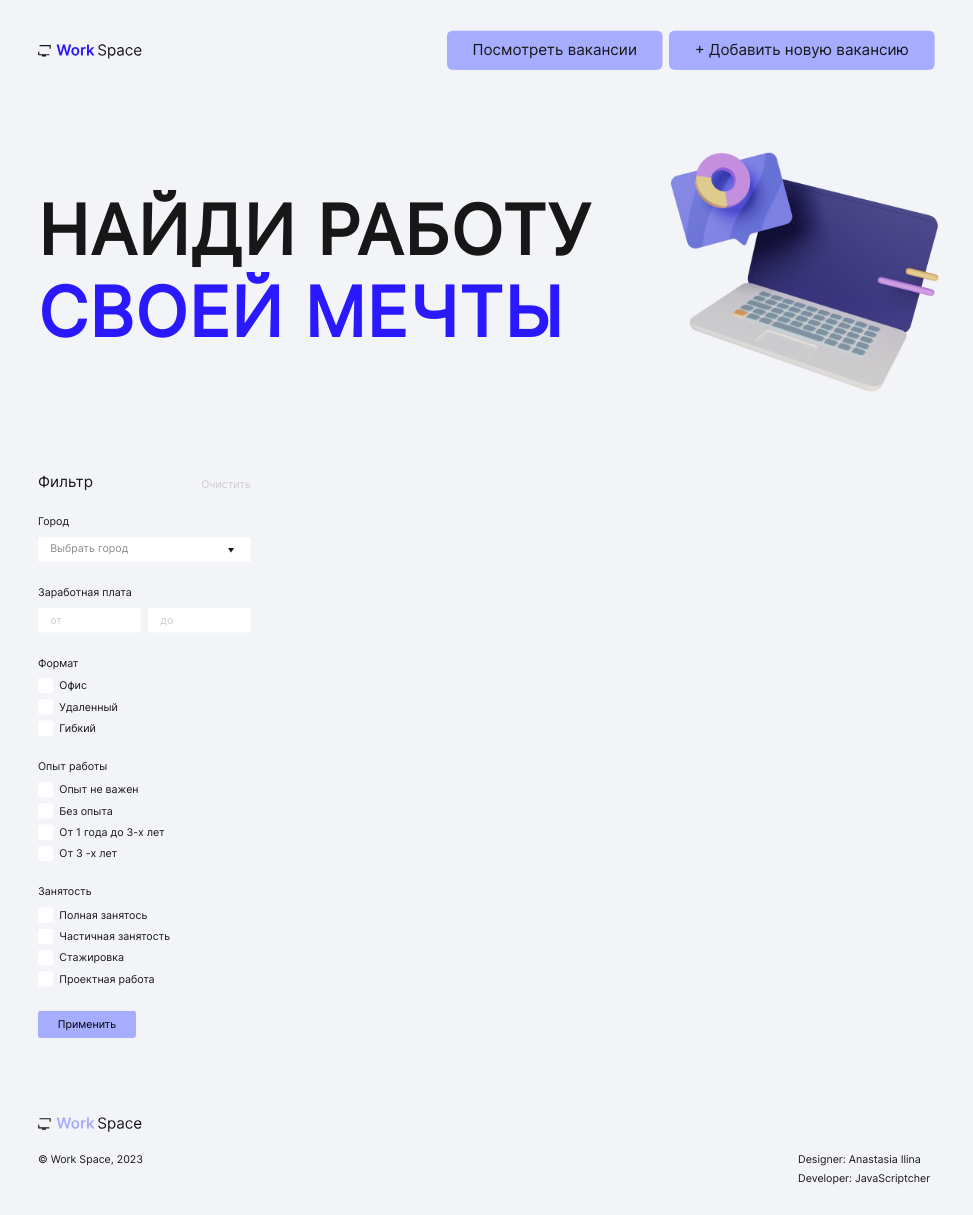
Repository: alexboagreek/workspace_js
Page: index.html
An editor plug-in stored every save of this project. The page is shown before and after the next save, followed by the edit.
The browser window is 1280 px wide. The pictures show the whole page, at 76% of full size.
The page's requests for data from a server got no answer.

Above is the page before, as saved 2023-09-13 07:44:47.

### index.html
<!DOCTYPE html>
<html lang="ru">

<head>
  <meta charset="UTF-8">
  <meta name="viewport" content="width=device-width, initial-scale=1.0">
  <title>Workspace</title>

  <link rel="stylesheet" href="index.css">

  <script src="js/choices.min.js" defer></script>
  <script src="js/script.js" defer></script>
</head>

<body>
  <header class="header">
    <div class="container header__container">
      <img class="header__logo" src="img/logo.svg" alt="Логитип WorkSpace">

      <div class="header__links">
        <a class="header__link" href="#vacancies">Посмотреть вакансии</a>
        <a class="header__link header__link_o" href="employer.html">+ Добавить новую вакансию</a>
      </div>
    </div>
  </header>

  <main>
    <section class="hero">
      <div class="container hero__container">
        <h1 class="hero__title">Найди работу
          <span class="blue-text">своей мечты</span>
        </h1>
      </div>
    </section>

    <div class="vacancies" id="vacancies">
      <div class="container vacancies__container">
        <button class="vacancies__filter-btn ">
          <span>Фильтр</span>
          <svg class="vacancies__filter-btn-arrow" width="20" height="20"
            viewBox="0 0 20 20" fill="none" xmlns="http://www.w3.org/2000/svg">
            <path d="M10 15L14 9H6L10 15Z" fill="currentColor" />
          </svg>
        </button>

        <section class="vacancies__filter filter">
          <h2 class="filter__title">Фильтр</h2>

          <form class="filter__form">
            <fieldset class="filter__fieldset">
              <legend class="filter__legend">Город</legend>

              <select class="filter__select" name="city" id="city">
                <option value="">Выбрать город</option>
              </select>
            </fieldset>

            <fieldset class="filter__fieldset">
              <legend class="filter__legend">Заработная плата</legend>

              <div class="filter__range">
                <input class="filter__input" type="number" name="pay-from"
                  placeholder="от">

                <input class="filter__input" type="number" name="pay-to"
                  placeholder="до">
              </div>
            </fieldset>

            <div class="filter__checkboxes">
              <fieldset class="filter__fieldset">
                <legend class="filter__legend">Формат</legend>

                <label class="filter__label checkbox">
                  <input class="checkbox__input" type="checkbox" name="format"
                    value="Офис">Офис
                </label>

                <label class="filter__label checkbox">
                  <input class="checkbox__input" type="checkbox" name="format"
                    value="Удаленный">Удаленный
                </label>

                <label class="filter__label checkbox">
                  <input class="checkbox__input" type="checkbox" name="format"
                    value="Гибкий">Гибкий
                </label>
              </fieldset>

              <fieldset class="filter__fieldset">
                <legend class="filter__legend">Опыт работы</legend>

                <label class="filter__label checkbox">
                  <input class="checkbox__input" type="checkbox"
                    name="experience" value="Опыт не важен">Опыт не важен
                </label>

                <label class="filter__label checkbox">
                  <input class="checkbox__input" type="checkbox"
                    name="experience" value="Без опыта">Без опыта
                </label>

                <label class="filter__label checkbox">
                  <input class="checkbox__input" type="checkbox"
                    name="experience" value="От 1 года до 3-х лет">От 1 года до
                  3-х лет
                </label>

                <label class="filter__label checkbox">
                  <input class="checkbox__input" type="checkbox"
                    name="experience" value="От 3-х лет">От 3 -х лет
                </label>
              </fieldset>

              <fieldset class="filter__fieldset">
                <legend class="filter__legend">Занятость</legend>

                <label class="filter__label checkbox">
                  <input class="checkbox__input" type="checkbox" name="type"
                    value="Полная занятость">Полная занятось
                </label>

                <label class="filter__label checkbox">
                  <input class="checkbox__input" type="checkbox" name="type"
                    value="Частичная занятость">Частичная занятость
                </label>

                <label class="filter__label checkbox">
                  <input class="checkbox__input" type="checkbox" name="type"
                    value="Стажировка">Стажировка
                </label>

                <label class="filter__label checkbox">
                  <input class="checkbox__input" type="checkbox" name="type"
                    value="Проектная работа">Проектная работа
                </label>
              </fieldset>
            </div>

            <div class="filter__buttons">
              <button class="filter__button" type="submit">Применить</button>

              <button class="filter__reset" type="reset">Очистить</button>
            </div>
          </form>
        </section>

        <section class="vacancies__cards cards">
          <h2 class="cards__title visually-hidden">Список вакансий</h2>

          <ul class="cards__list"></ul>
        </section>
      </div>
    </div>
  </main>

  <footer class="footer">
    <div class="container footer__container">
      <img class="footer__logo" src="img/logo-footer.svg"
        alt="Логотип WorkSpace">

      <p class="footer__copyright">© Work Space, 2023</p>

      <ul class="footer__contacts">
        <li class="footer__contact">Designer:
          <a class="footer__link" href="#">Anastasia Ilina</a>
        </li>
        <li class="footer__contact">Developer:
          <a class="footer__link" href="#">JavaScriptcher</a>
        </li>
      </ul>
    </div>
  </footer>


</body>

</html>

### index.css
@import "style/normalize.css";
@import "style/choices.min.css";
@import "style/style.css";
@import "style/header.css";
@import "style/hero.css";
@import "style/vacancies.css";
@import "style/filter.css";
@import "style/choices.css";
@import "style/checkbox.css";
@import "style/cards.css";
@import "style/vacancy.css";
@import "style/footer.css";
@import "style/modal.css";
@import "style/detail.css";

### style/style.css
@font-face {
  font-family: Inter;
  font-weight: 400;
  src: url("../fonts/inter-regular.woff2") format("woff2"),
    url("../fonts/inter-regular.woff") format("woff");
}

html {
  scroll-behavior: smooth;
  position: relative;
  box-sizing: border-box;
}

*,
*:before,
*:after {
  box-sizing: inherit;
}

body {
  min-width: 320px;
  min-height: 100vh;
  font-family: Inter, sans-serif;
  font-size: 14px;
  color: #171717;
  background-color: #f3f4f8;
  line-height: 1.2;
}

img,
svg {
  max-width: 100%;
  max-height: 100%;
  height: auto;
}

button {
  padding: 0;
  border: 0;
  cursor: pointer;
  background-color: transparent;
}

a {
  text-decoration: none;
  color: inherit;
}

ul {
  padding: 0;
  margin: 0;
  list-style: none;
}

h1,
h2,
h3,
p {
  margin: 0;
}

fieldset {
  padding: 0;
  margin: 0;
  border: 0;
}

.visually-hidden {
  position: fixed;
  transform: scale(0);
}

.container {
  --width: 1180px;
  --padding: 30px;
  max-width: calc(var(--width) + var(--padding) * 2);
  margin: 0 auto;
  padding: 0 var(--padding);
}

.blue-text {
  color: #2a18ff;
}

@media (max-width: 1140px) {
  .container {
    --width: 880px;
  }
}

@media (max-width: 940px) {
  .container {
    --width: 680px;
  }
}

@media (max-width: 640px) {
  .container {
    --padding: 15px;
  }
}

### style/header.css
.header {
  padding: 40px 0;
}

.header__container {
  display: flex;
  align-items: center;
  justify-content: space-between;
}

.header__links {
  display: flex;
  gap: 8px;
  flex-wrap: wrap;
}

.header__link {
  padding: 12px 32px;
  border-radius: 8px;
  background-color: #a6adff;
  font-size: 20px;
  border: 2px solid transparent;
  transition-property: color, background-color;
  transition-duration: 0.2s;
  transition-timing-function: ease-in-out;
}

.header__link:focus-visible {
  border-color: #4f58be;
}

.header__link:hover {
  color: #fff;
  background-color: #2a18ff;
}

@media (max-width: 1140px) {
  .header {
    padding: 32px 0 40px;
  }
}

@media (max-width: 940px) {
  .header {
    padding: 24px 0 30px;
  }

  .header__link {
    padding: 8px 23px;
    font-size: 14px;
  }
}

@media (max-width: 640px) {
  .header {
    padding: 24px 0 20px;
  }

  .header__link {
    display: none;
  }
}

### style/hero.css
.hero {
  padding: 60px 0 50px;
}

.hero__container {
  position: relative;
  padding-top: 57px;
  padding-bottom: 57px;
}

.hero__container:after {
  content: "";
  position: absolute;
  right: -9px;
  top: 0;
  bottom: 0;
  width: 421px;
  background: url("../img/laptop.png") no-repeat center/contain;
}

.hero__title {
  position: relative;
  z-index: 2;
  max-width: 780px;
  font-size: 90px;
  letter-spacing: 1.8px;
  text-transform: uppercase;
}

@media (max-width: 1140px) {
  .hero {
    padding: 40px 0;
  }

  .hero__container {
    padding-top: 53px;
    padding-bottom: 53px;
  }

  .hero__container:after {
    width: 340px;
  }

  .hero__title {
    max-width: 580px;
    font-size: 64px;
    letter-spacing: 1.28px;
  }
}

@media (max-width: 940px) {
  .hero {
    padding: 30px 0;
  }

  .hero__container {
    padding-top: 40px;
    padding-bottom: 40px;
  }

  .hero__container:after {
    width: 269px;
  }

  .hero__title {
    max-width: 450px;
    font-size: 52px;
    letter-spacing: 1.04px;
  }
}

@media (max-width: 640px) {
  .hero {
    padding-top: 20px;
    padding-bottom: 10px;
  }

  .hero__container {
    padding-top: 0;
    padding-bottom: 234px;
  }

  .hero__title {
    max-width: 290px;
    text-align: center;
    margin: 0 auto;
    font-size: 32px;
  }

  .hero__container:after {
    right: auto;
    top: auto;
    height: 269px;
    left: 50%;
    transform: translateX(-50%);
    background-position: bottom;
  }
}

### style/vacancies.css
.vacancies {
  padding: 50px 0;
}

.vacancies__container {
  display: flex;
  align-items: start;
  gap: 24px 20px;
}

.vacancies__filter-btn {
  display: none;
}

.vacancies__filter {
  flex: 0 0 280px;
}

.vacancies__cards {
  flex-basis: 100%;
}

@media (max-width: 1140px) {
  .vacancies {
    padding: 40px 0;
  }
}

@media (max-width: 940px) {
  .vacancies {
    padding: 30px 0;
  }

  .vacancies__container {
    flex-direction: column;
    row-gap: 0;
  }

  .vacancies__filter-btn {
    display: flex;
    align-items: center;
    margin-bottom: 24px;
    transition-property: margin-bottom, color;
    transition-duration: 0.2s, 0.3s;
    transition-timing-function: ease-in-out;
    transition-delay: 0.2s, 0s;
    color: #2a18ff;
    line-height: 20px;
  }

  .vacancies__filter-btn:hover:not(:focus) {
    color: #a6adff;
  }

  .vacancies__filter-btn-arrow {
    position: relative;
    top: -2px;
    display: block;
    width: 20px;
    height: 20px;
  }

  .vacancies__filter-btn_active {
    margin-bottom: 32px;
    transition-delay: 0s;
  }

  .vacancies__filter-btn_active .vacancies__filter-btn-arrow {
    transform: rotate(180deg);
    top: 2px;
  }

  .vacancies__filter {
    width: 100%;
    flex-basis: auto;
    height: 0;
    overflow: hidden;
    transition: height 0.4s ease-in-out;
  }

  .vacancies__filter_active {
    height: auto;
    margin-bottom: 40px;
  }

  .vacancies__cards {
    width: 100%;
  }
}

@media (max-width: 640px) {
  .vacancies__filter-btn_active {
    margin-bottom: 24px;
  }
}

### style/filter.css
.filter {
  position: relative;
}

.filter__reset {
  position: absolute;
  top: 7px;
  right: 0;
  color: #ccc;
}

.filter__title {
  font-size: 20px;
  font-weight: 400;
  margin-bottom: 32px;
}

.filter__form {
  display: flex;
  flex-direction: column;
  gap: 32px;
}

.filter__fieldset {
  display: flex;
  flex-direction: column;
  align-items: start;
}

.filter__legend {
  margin-bottom: 12px;
}

.filter__select {
  width: 100%;
}

.filter__range {
  display: flex;
  align-items: center;
  justify-content: space-between;
  gap: 10px;
}

.filter__label:not(:last-child) {
  margin-bottom: 8px;
}

.filter__input {
  flex: 1 1 50%;
  width: 100%;
  padding: 0 16px;
  height: 32px;
  border: 0;
}

.filter__input::placeholder {
  color: #ccc;
}

.filter__checkboxes {
  display: flex;
  flex-direction: column;
  gap: 32px;
}

.filter__button {
  padding: 8px 24px;
  border-radius: 4px;
  background-color: #a6adff;
  border: 2px solid transparent;
  transition-property: color, background-color;
  transition-duration: 0.2s;
  transition-timing-function: ease-in-out;
}

.filter__button:focus-visible {
  border-color: #4f58be;
}

.filter__button:hover {
  color: #fff;
  background-color: #2a18ff;
}

@media (max-width: 940px) {
  .filter__title {
    position: fixed;
    transform: scale(0);
  }

  .filter__input {
    max-width: 140px;
  }

  .filter__checkboxes {
    display: grid;
    grid-template-columns: repeat(auto-fit, minmax(180px, 1fr));
    gap: 24px 70px;
  }

  .filter__buttons {
    display: flex;
    gap: 16px;
    align-items: center;
  }

  .filter__reset {
    position: static;
  }
}

### style/choices.css
.choices {
  width: 100%;
}

.choices__inner {
  background-color: #fff;
  padding: 6px 16px;
  min-height: 32px;
  border: 0;
}

.choices__list--single {
  padding: 0;
}

.choices[data-type*="select-one"]::after {
  width: 20px;
  height: 20px;
  background: url("../img/arrow.svg") no-repeat center/contain;
  border: 0;
  top: 6px;
  right: 16px;
  margin-top: 0;
}

.choices[data-type*="select-one"].is-open::after {
  transform: rotate(180deg);
  margin-top: 0;
}

### style/checkbox.css
.checkbox {
  position: relative;
  display: block;
  line-height: 20px;
  padding-left: 28px;
}

.checkbox__input {
  -webkit-appearance: none;
  -moz-appearance: none;
  appearance: none;
  position: absolute;
  width: 20px;
  height: 20px;
  left: 0;
  top: 0;
  bottom: 0;
  background-color: #fff;
  border-radius: 4px;
}

.checkbox__input:after {
  content: "";
  position: absolute;
  inset: 0;
  display: block;
  background: url("../img/check.svg") no-repeat center;
  opacity: 0;
  transition: opacity 0.2s ease-in-out;
}

.checkbox__input:checked:after {
  opacity: 1;
}

.checkbox__input:focus-visible {
  outline: none;
  box-shadow: 0px 2px 10px rgba(0, 0, 0, 0.25);
}

.checkbox__input:hover:not(:disabled) {
  box-shadow: 0px 2px 10px rgba(166, 173, 255, 0.55);
}

.checkbox__input:disabled {
  background-color: #ccc;
}

### style/cards.css
.cards__list {
  display: grid;
  grid-template-columns: repeat(auto-fit, minmax(280px, 1fr));
  gap: 20px;
}

@media (max-width: 940px) {
  .cards__list {
    grid-template-columns: repeat(auto-fit, minmax(220px, 1fr));
    gap: 10px;
  }
}

### style/vacancy.css
.vacancy {
  border-radius: 16px;
  background-color: #fff;
  padding: 16px;
  height: 100%;
  cursor: pointer;
  outline: none;
  border: 2px solid transparent;
}

.vacancy:hover {
  background-color: #f9faff;
}

.vacancy:focus-visible {
  border-color: #a6adff;
}

.vacancy__img {
  max-height: 44px;
  margin-bottom: 12px;
  display: block;
}

.vacancy__company {
  font-size: 20px;
  margin-bottom: 8px;
}

.vacancy__title {
  display: inline-block;
  padding: 3px 5px;
  font-size: 14px;
  font-weight: 400;
  border-radius: 4px;
  background-color: #eaecff;
  margin-bottom: 8px;
}

.vacancy__field {
  color: #ccc;
}

### style/footer.css
.footer {
  padding: 50px 0 40px;
}

.footer__container {
  display: grid;
  gap: 27px;
  grid-template-areas:
    "logo ."
    "copyright contacts";
}

.footer__logo {
  grid-area: logo;
}

.footer__copyright {
  grid-area: copyright;
}

.footer__contacts {
  grid-area: contacts;
  justify-self: end;
  min-width: 180px;
}

.footer__contact {
  margin-bottom: 8px;
}

.footer__contact:last-child {
  margin-bottom: 0;
}

.footer__link:hover {
  color: brown;
}

@media (max-width: 1140px) {
  .footer {
    padding: 40px 0 32px;
  }
}

@media (max-width: 940px) {
  .footer {
    padding: 30px 0 24px;
  }
}

@media (max-width: 640px) {
  .footer {
    padding-top: 20px;
  }

  .footer__container {
    grid-template-areas:
      "logo"
      "copyright"
      "contacts";
  }

  .footer__contacts {
    justify-self: start;
  }
}

### style/modal.css
.modal {
  position: fixed;
  z-index: 10;
  inset: 0;
  background-color: rgba(0, 0, 0, 0.5);
  cursor: pointer;
  padding: 30px;
  overflow-y: auto;
  display: flex;
}

.modal__main {
  position: relative;
  margin: auto;
  cursor: default;
}

.modal__close {
  background-color: transparent;
  border: none;
  cursor: pointer;
  position: absolute;
  top: 12px;
  right: 12px;
  padding: 0;
  line-height: 0;
  outline: 1px solid transparent;
  border-radius: 3px;
}

.modal__close:focus-visible {
  outline-color: gray;
}

@media (max-width: 640px) {
  .modal {
    padding: 30px 15px;
  }
}

### style/detail.css
.detail {
  max-width: 780px;
  border-radius: 16px;
  box-shadow: 0px 10px 50px 0px rgba(4, 0, 49, 0.1);
  background: #fff url("../img/likemen.png") no-repeat bottom right;
  background-size: 150px;
  padding: 36px 36px 80px;
}

.detail__header {
  display: grid;
  grid-template-columns: 101px 1fr;
  gap: 12px 20px;
  margin-bottom: 32px;
}

.detail__logo {
  width: 100%;
  max-height: 101px;
  grid-row: 1 / 3;
  align-self: center;
  justify-self: start;
}

.detail__company {
  font-size: 32px;
  letter-spacing: 0.64px;
  align-self: end;
  justify-self: start;
}

.detail__title {
  font-size: 20px;
  font-weight: 400;
  align-self: start;
  justify-self: start;
  border-radius: 4px;
  background-color: #eaecff;
  padding: 5px 10px;
}

.detail__main {
  display: flex;
  gap: 20px;
  margin-bottom: 32px;
}

.detail__description {
  max-width: 465px;
  line-height: 1.4;
}

.detail__fields {
  display: flex;
  flex-direction: column;
  align-items: start;
  gap: 4px;
}

.detail__field {
  padding: 3px 10px;
  border-radius: 30px;
  background-color: #eaecff;
}

.detail__resume {
  line-height: 1.4;
}

@media (max-width: 940px) {
  .detail {
    max-width: 680px;
    padding: 24px 24px 72px;
  }

  .detail__main {
    gap: 10px;
  }

  .detail__description {
    max-width: 418px;
  }
}

@media (max-width: 640px) {
  .detail {
    padding: 24px 15px;
    background-image: none;
  }

  .detail__header {
    grid-template-columns: 60px 1fr;
    gap: 4px 8px;
    margin-bottom: 24px;
  }

  .detail__company {
    font-size: 20px;
    letter-spacing: 0.4px;
  }

  .detail__title {
    font-size: 12px;
  }

  .detail__main {
    flex-direction: column;
    gap: 24px;
    margin-bottom: 24px;
  }

  .detail__description {
    max-width: 100%;
  }
}

Loaded but not shown: js/choices.min.js (library); style/normalize.css (library); style/choices.min.css (library); js/script.js (300 lines, source omitted)

After the next save:
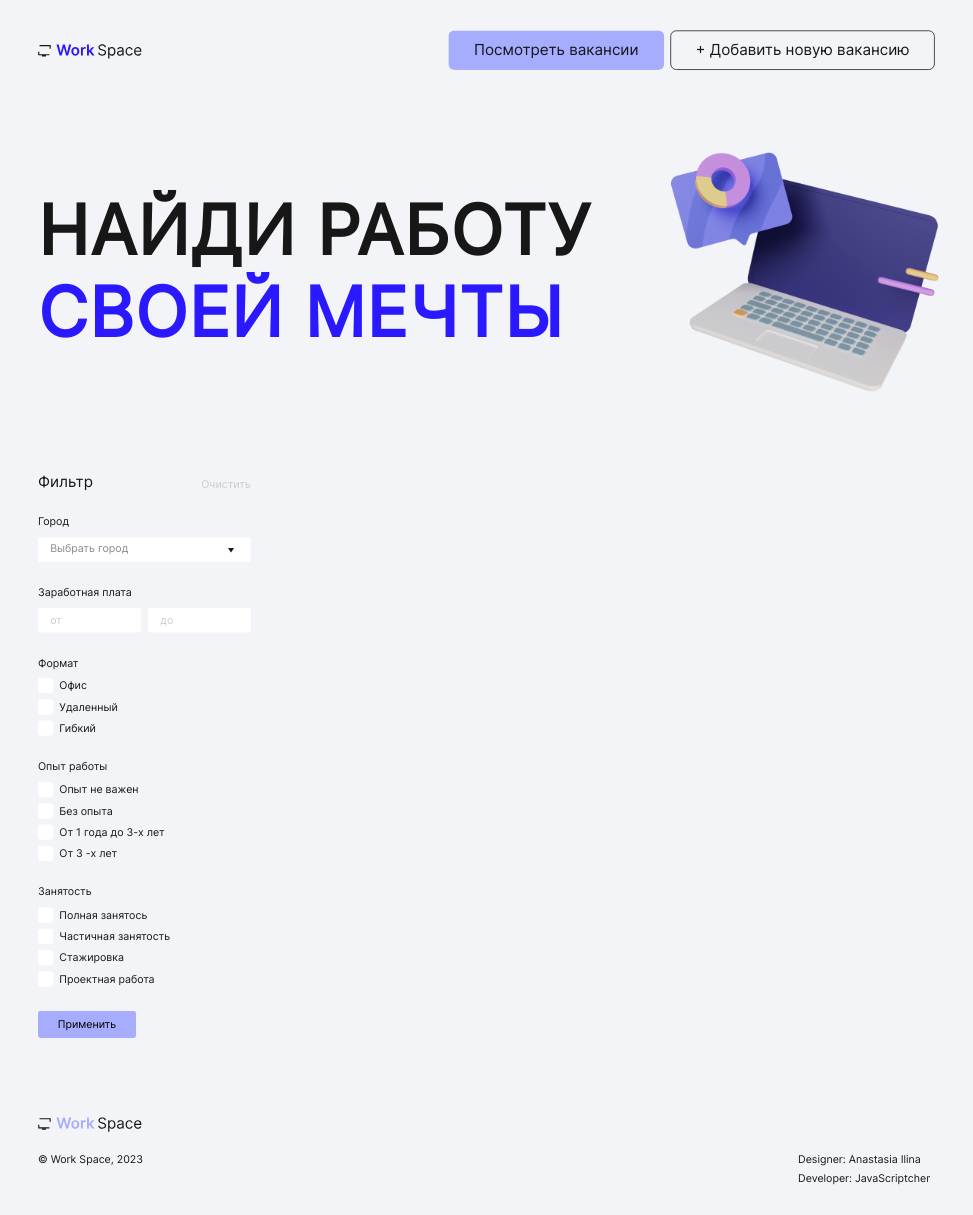
Saved 83 s later.
--- a/style/header.css
+++ b/style/header.css
@@ -23,6 +23,11 @@
   transition-property: color, background-color;
   transition-duration: 0.2s;
   transition-timing-function: ease-in-out;
+}
+
+.header__link_o {
+  background-color: transparent;
+  border: 1px solid;
 }
 
 .header__link:focus-visible {
